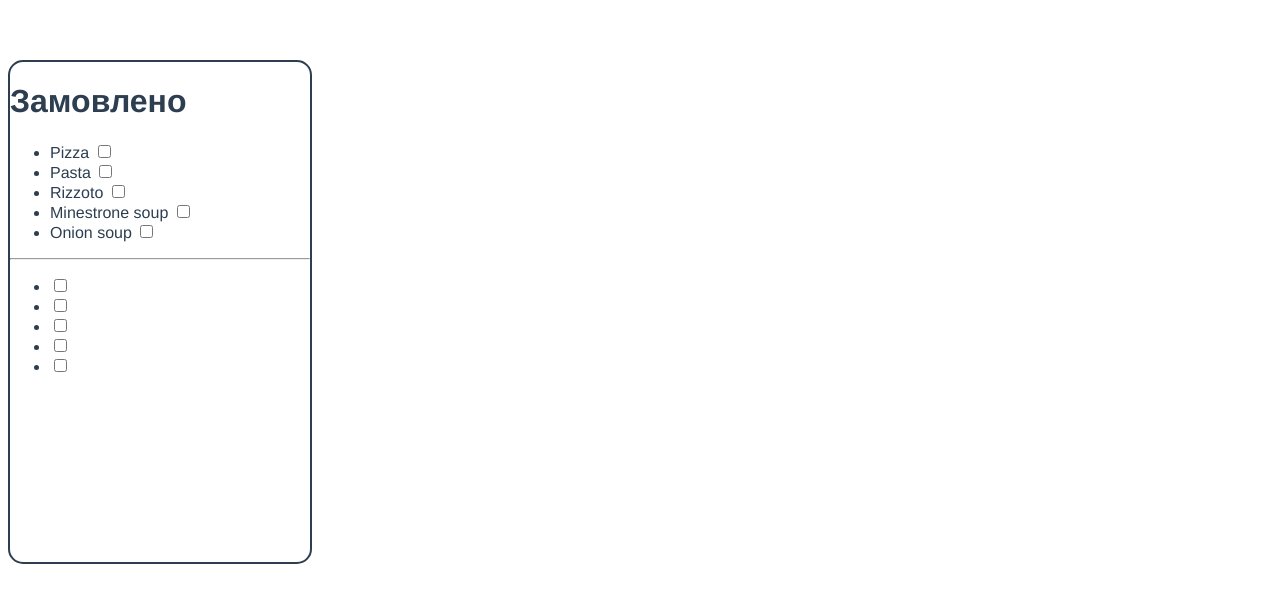
Repository: Salexandraa/HOME_Subotina
Page: / (app in order-list/)
These files come from the project's save history. The page is drawn as it stood at one moment and after the next save; the edit follows.
The browser window is 1280 px wide. The pictures show the whole page.
The project was rebuilt for these pictures with package versions that can differ from the ones it lists, and the page was loaded fresh each time.

Above is the page before, as saved 2020-10-09 14:10:58.

### order-list/src/App.vue
<template>
  <div id="app">
  <reserved :listDishes ="dishesList"
  title='Замовлено'

  />
  </div>
</template>

<script>
import Reserved from "./components/CheckList/Reserved";

export default {
  name: "App",
  components: {
    Reserved,
  },
  data() {
    return {
      dishesList: [
        {
          id: 1,
          name: "Pizza",
        },
         {
          id: 2,
          name: "Pasta",
        },
         {
          id:3,
          name: "Rizzoto",
        },
         {
          id: 4,
          name: "Minestrone soup",
        },
         {
          id:5,
          name: "Onion soup",
        },
      ],
    };
  },
};
</script>

<style>
#app {
  font-family: Avenir, Helvetica, Arial, sans-serif;
  -webkit-font-smoothing: antialiased;
  -moz-osx-font-smoothing: grayscale;
  /* text-align: center; */
  color: #2c3e50;
  margin-top: 60px;
}
</style>

### order-list/src/components/CheckList/Reserved/index.vue
<template>
    <div class="container">
<div>
    <h1>{{title}}</h1>
</div>
<div>
    <!-- <input type="checkbox" v-for="item in listDishes" :key="item.name"> -->
    <ul>
        <li v-for="item in listDishes" :key="item.name" >
          {{item.name}}  <input type="checkbox">
        </li>

    </ul>
</div>
<hr>
<div>
      <ul>
        <li v-for="item in listDishes" :key="item.name">
            {{chekedNames}} <input type="checkbox" >
        </li>

    </ul>

</div>
    </div>
</template>

<script>
    export default {
        name: "Reserved",
        props: {
             listDishes: {
                type: Array,
                default: ()=>[]
            },
            title: {
                type: String,
                default: ''
            },
            },
            data() {
                return {
                    chekedNames: null
                }


        },
    }
</script>

<style lang="css" scoped>
.container{
    width: 300px;
    height: 500px;
    border: 2px solid;
    border-radius: 15px;
}
</style>

Loaded but not shown: order-list/public/index.html (common file); order-list/src/main.js (common file)

After the next save:
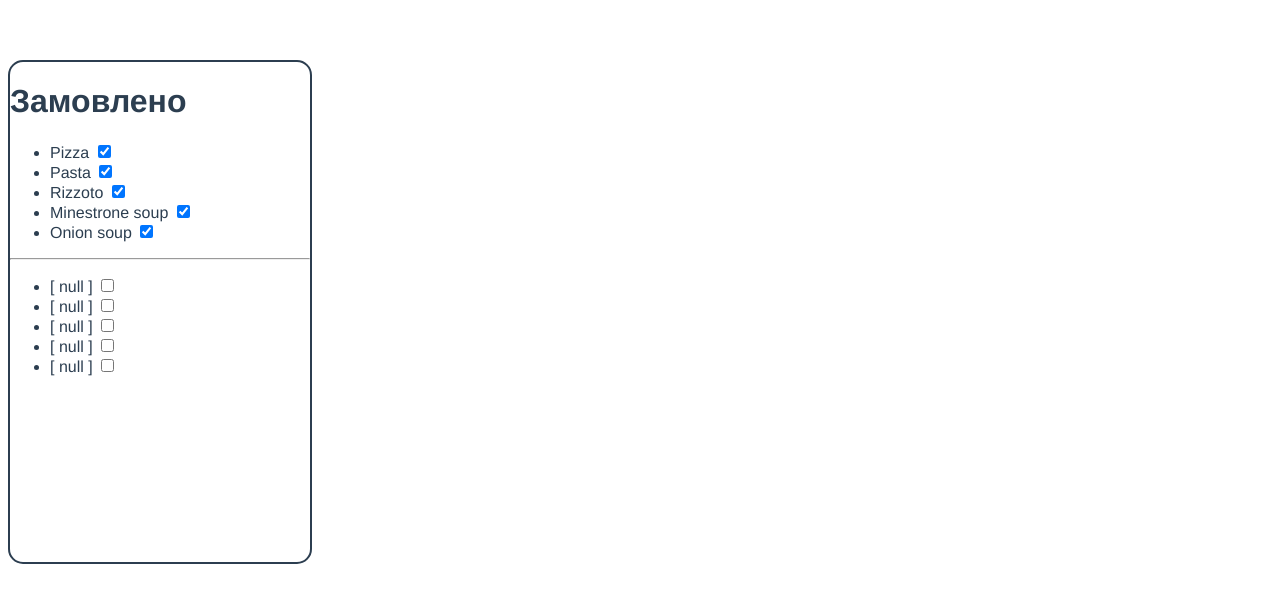
Saved 2 min 48 s later.
--- a/order-list/src/components/CheckList/Reserved/index.vue
+++ b/order-list/src/components/CheckList/Reserved/index.vue
@@ -6,8 +6,8 @@
 <div>
     <!-- <input type="checkbox" v-for="item in listDishes" :key="item.name"> -->
     <ul>
-        <li v-for="item in listDishes" :key="item.name" >
-          {{item.name}}  <input type="checkbox">
+        <li v-for="item in listDishes" :key="item.name"  >
+          {{item.name}}  <input type="checkbox" v-model="chekedNames">
         </li>
 
     </ul>
@@ -40,7 +40,7 @@
             },
             data() {
                 return {
-                    chekedNames: null
+                    chekedNames: [null]
                 }
 
 
